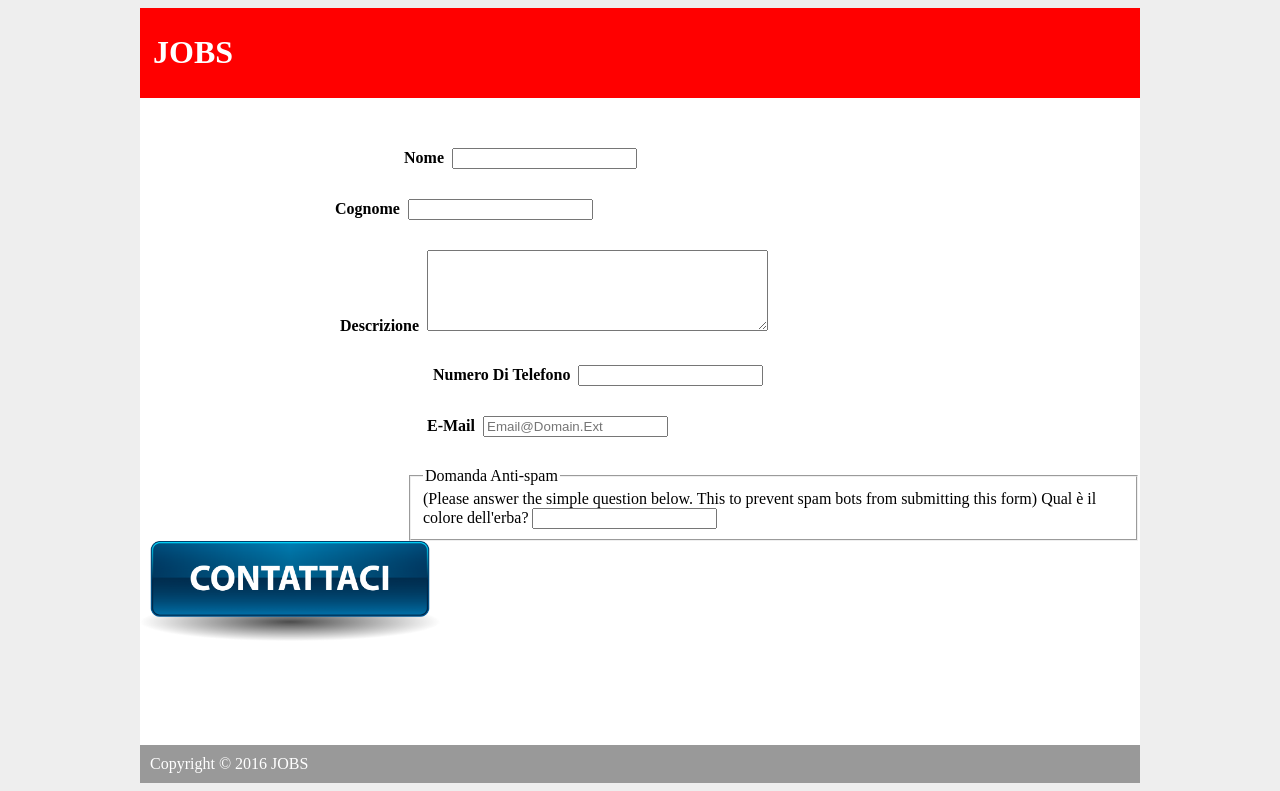
Repository: ProjectRC/RC
Page: client/contattaci.html
The author's editor kept a record of every edit. The page is drawn from the files as they stood at one moment, then again after the next edit.
The browser window is 1280 px wide. The pictures show the whole page.

Above is the page before.

After the next edit:
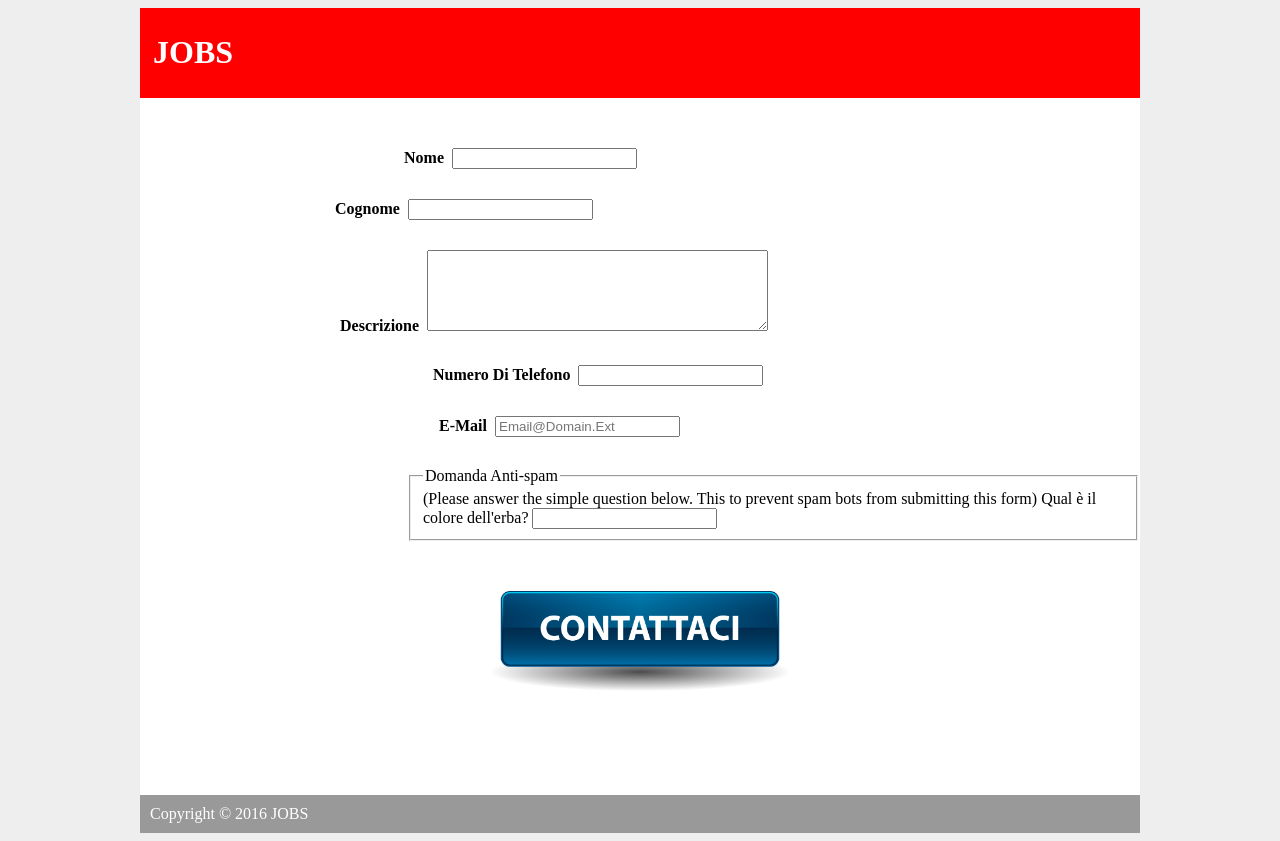
The edit:
--- a/client/css/contattaci.css
+++ b/client/css/contattaci.css
@@ -62,13 +62,8 @@
     margin-left: 269px;
 }
 
-#email {
-    margin-top: 30px;
-    text-align: left;
-    margin-left: 287px;
-}
 
-#inserisci {
+#contatta {
     text-align: center;
     margin-top: 50px;
 
